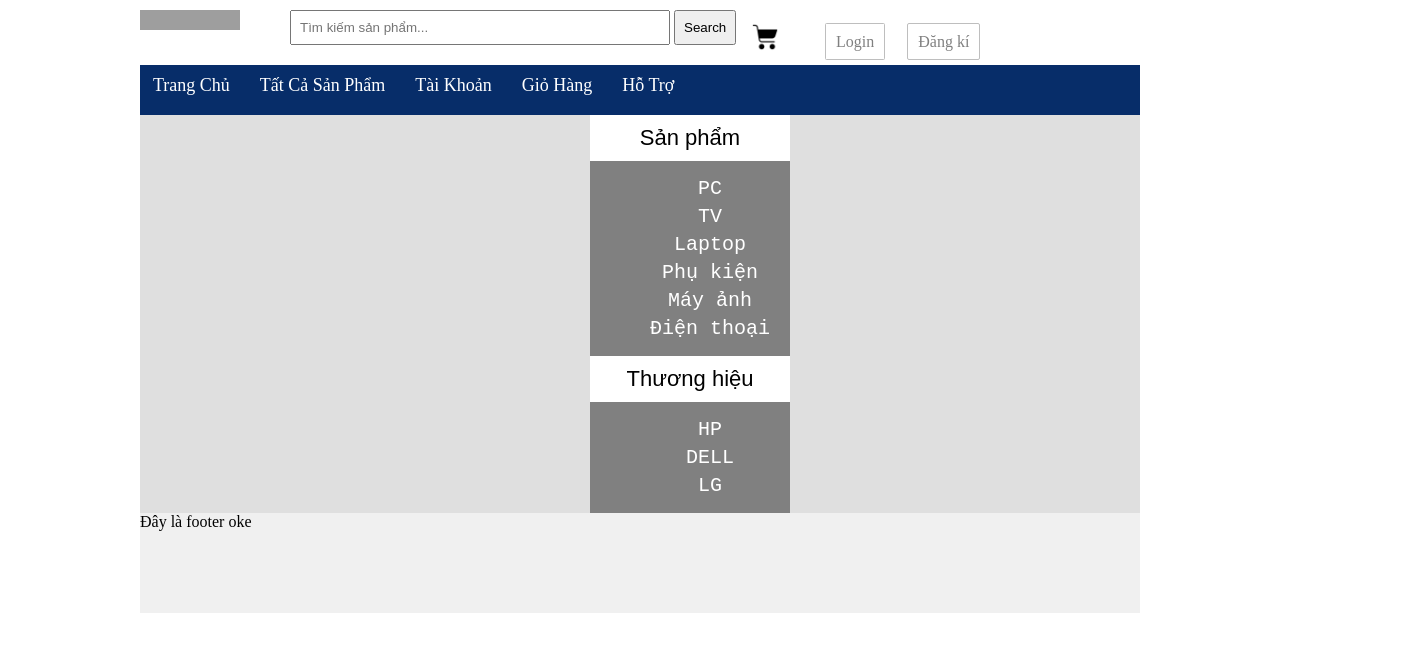
Repository: minhkhuyen1711/hpt
Page: http://localhost/website-ecommerce-php-master/index.php?action=login
These files come from the project's save history. The page is drawn as it stood at one moment and after the next save; the edit follows.
The browser window is 1280 px wide. The page is 1280 px wide, then 1420 px, so the pictures cover 1420 px, including what lies to the right of the window. The pictures show the whole page.
Pictures or frames that could not be fetched are drawn as grey boxes. The page is run by PHP 8.4 with error messages shown; the project is at /var/www/html/. The database holds what the project's SQL file puts in it.

Above is the page before, as saved 2021-06-12 14:36:42.

After the next save:
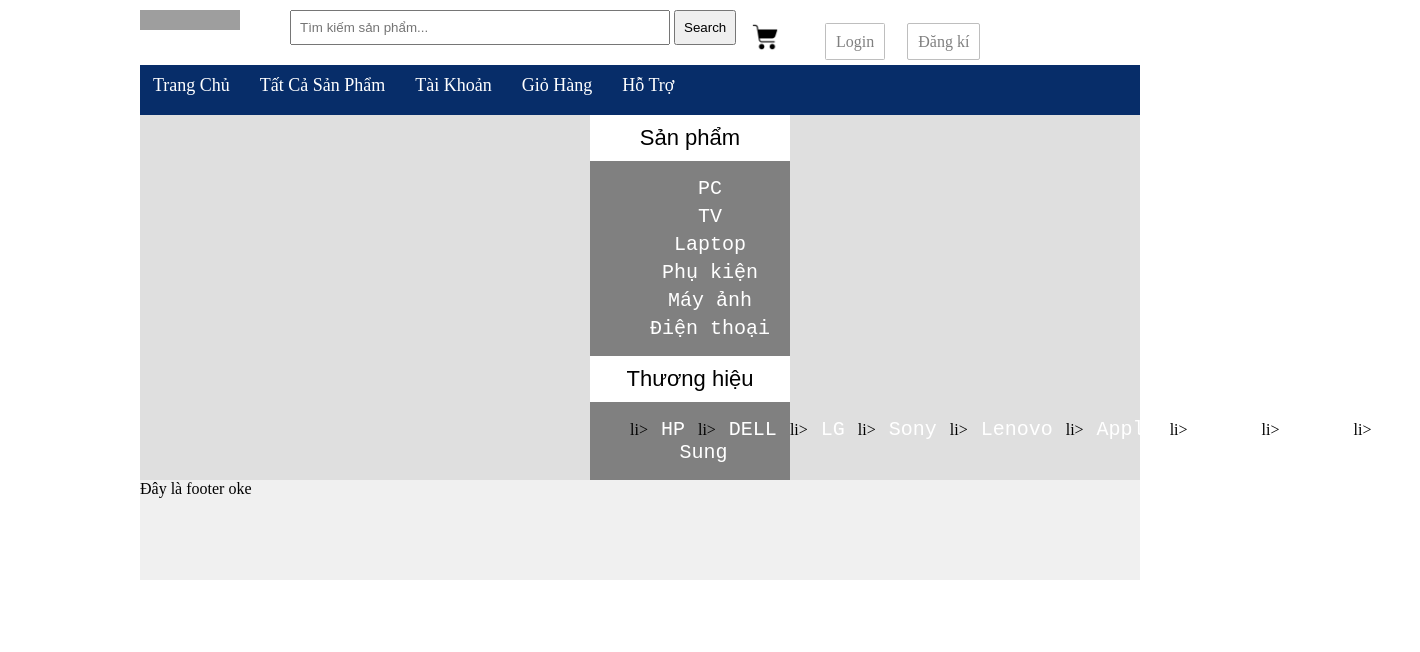
Saved 14 min 36 s later.
--- a/index.php
+++ b/index.php
@@ -71,9 +71,19 @@ include("includes/db.php");
           </ul>
           <div id="sidebar_title">Thương hiệu</div>
           <ul id="cats">
-            <li><a href="index.php">HP</a></li>
-            <li><a href="index.php">DELL</a></li>
-            <li><a href="index.php">LG</a></li>
+            <?php
+            $get_brands = "select * from brands";
+
+            $run_brands = mysqli_query($con, $get_brands);
+
+            while($row_brands = mysqli_fetch_array($run_brands)){
+              $brand_id = $row_brands['brand_id'];
+
+              $brand_title = $row_brands['brand_title'];
+
+              echo "li><a href='index.php?brand=$brand_id'>$brand_title</a></li>";
+            }
+            ?>
           </ul>
         </div>
       </div><!--/.content_wrapper -->
